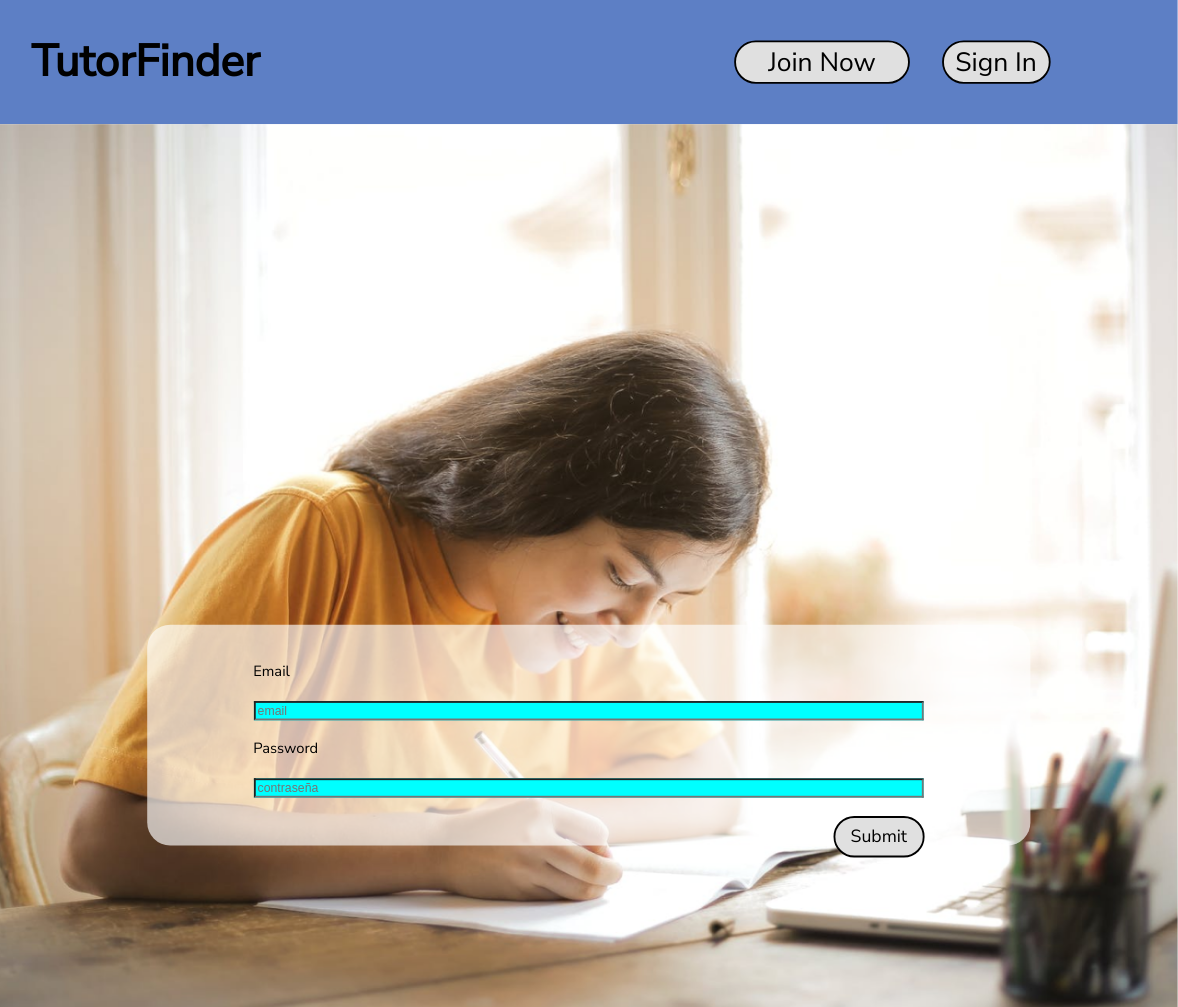
Repository: uprm-inso-4117-2020-2021-s2/semester-project-uprm-inso-4117-2020-2021-s2-team-7
Page: / (app in tutorfinder/)
The author's editor kept a copy of each file at every save. The page is drawn from the files as they stood at one save, then again after the next save.
The browser window is 1280 px wide. The pictures show the whole page, at 92% of full size.
The project was rebuilt for these pictures with package versions that can differ from the ones it lists, and the page was loaded fresh each time. Also part of the build but not shown: tutorfinder/src/App.css, tutorfinder/src/Search.js.

Above is the page before, as saved 2021-03-30 00:26:14.

### tutorfinder/src/App.js
import React from "react";
import './App.css';
import Nav from './Nav.js';
import Welcome from "./Welcome";




function App() {
  return (

      <div className="">

        <Nav />
     <Welcome/>

      </div>

  );
}



export default App;

### tutorfinder/src/Nav.js
import React from "react";
import "./App.css";
import "./Nav.css"

class Nav extends React.Component {

  render(){

  return (
    <div className="">
  <table className="navBar">
      <tr>
          <td className="left"><h1 className="title">TutorFinder</h1></td>

          <td className="middle "><button className="buttons buttonLetters ">Join Now</button></td>
          <td className="right"><button className="buttons buttonLetters">Sign In</button></td>
      </tr>
      </table>

    </div>
  );
}
}

export default Nav;

### tutorfinder/src/Welcome.js
import React from "react";
import "./App.css";
import "./Welcome.css"
import foto from "./assets/bg.png"
import Search from "./Search";
import Login from "./Login";

class Welcome extends React.Component {

  render(){

  return (
    <div className="background">


 {/* <Search/> */}
 <Login/>

    </div>
  );
}
}

export default Welcome;

### tutorfinder/src/Nav.css
@import url("https://fonts.googleapis.com/css2?family=Nunito+Sans&display=swap");

.title {
  font-family: "Nunito Sans", sans-serif;
  font-style: normal;
  font-weight: bold;
  font-size: 48px;
  line-height: 65px;

}

.navBar {
    table-layout: fixed;
  background-color: #5d7fc5;
  width: 100%;
}

.buttons {
  background: #e0e0e0;
  border-radius: 45px;
  outline: none;
  border-style: solid;

}

.buttonLetters {
  font-family: "Nunito Sans", sans-serif;
  font-style: normal;
  font-weight: 300;
  font-size: 1.8em;
  line-height: 41px;
  text-align: center;
  padding-right: 10%;
  padding-left: 10%;

}

.left{
text-align: left;
padding-left: 2.5%;
width: 50%;
}

.right{
    text-align: left;
    padding-right: 10%;
    width: 20%;
}

.middle{
    /* background-color: red; */
    text-align: right;
    padding-right: 2.5%;
}

### tutorfinder/src/Welcome.css

@import url("https://fonts.googleapis.com/css2?family=Nunito+Sans&display=swap");

.background{
background-image: url("./assets/bg.png");
width:100%;
height:60em;
position:relative;
}

.square{
    background: rgba(255, 255, 255, 0.65);
border-radius: 25px;
text-align: center;
}

.everything{
    position:absolute;
    top:50%;
    left:50%;
    width :75%;
    height:25%;
    margin-left:-37.5%;
    margin-top:5%;

}

.search{
    width: 100%;
    background: #FFFFFF;
box-shadow: 0px 4px 4px rgba(0, 0, 0, 0.25);
border-radius: 50px;
height: 1.5em;
}

.paragraph{
    font-family: "Nunito Sans", sans-serif;
font-style: normal;
font-weight: 300;
font-size: 1.5em;
line-height: 49px;
text-align: center;
}

.heading{
    font-family: "Nunito Sans", sans-serif;
font-style: normal;
font-weight: bold;
font-size: 3em;
line-height: 87px;
text-align: center;
}

.login{
    position:absolute;
    top:50%;
    left:50%;
    width :75%;
    height:25%;
    margin-left:-37.5%;
    margin-top:5%;
    text-align: center;
    background: rgba(255, 255, 255, 0.65);
    border-radius: 25px;
}

.size{
    width: 75%;
    background-color: aqua;
}

.fullWidth{
    width: 100%;
}

.text-right{
    text-align: right;
    padding-right: 12%;
}

.text-left{
    text-align: left;
    padding-left: 12%;
    font-family: "Nunito Sans", sans-serif;
    font-size: 1em;
}

.submit{
    font-family: "Nunito Sans", sans-serif;
    font-style: normal;
    font-weight: 300;
    font-size: 1.2em;
line-height: 200%;
    text-align: center;
    padding-right: 2%;
    padding-left: 2%;
}

### tutorfinder/src/Login.js
import React from "react";
import "./App.css";
import "./Welcome.css"
import { Input, FormGroup, Label, Form, Container, Button, Col} from 'reactstrap';

class Login extends React.Component {

  render(){

  return (
    <div className="login">
<div className="fullWidth">
<br>
      </br>

<Container className="">

<Form className=""  >
  <br>
  </br>
          <Col className="">
            <FormGroup inline>
<div className="text-left">
              <Label >Email</Label>
              </div>
              <br></br>
              <Input
                type="email"
                name="email"

                id="exampleEmail"
                placeholder="email"
           className="size"
              />
            </FormGroup>
          </Col>
          <br></br>
          <Col className="">
            <FormGroup >
            <div className="text-left">
              <Label for="">Password</Label>
              </div>
              <br></br>
              <Input
                type="password"
                name="password"

                id="examplePassword"
                placeholder="contraseña"
                className="size"
              />
            </FormGroup>
          </Col>
          <div className="text-right">
<br></br>

          <Button  color="danger" type="submit" className="buttons submit"  >Submit</Button>
          </div>
        </Form>
<br>
</br>
      </Container>



      </div>

    </div>

  );
}
}

export default Login;

Loaded but not shown: tutorfinder/public/index.html (common file); tutorfinder/src/index.js (common file); tutorfinder/src/index.css (common file); tutorfinder/src/reportWebVitals.js (common file)

After the next save:
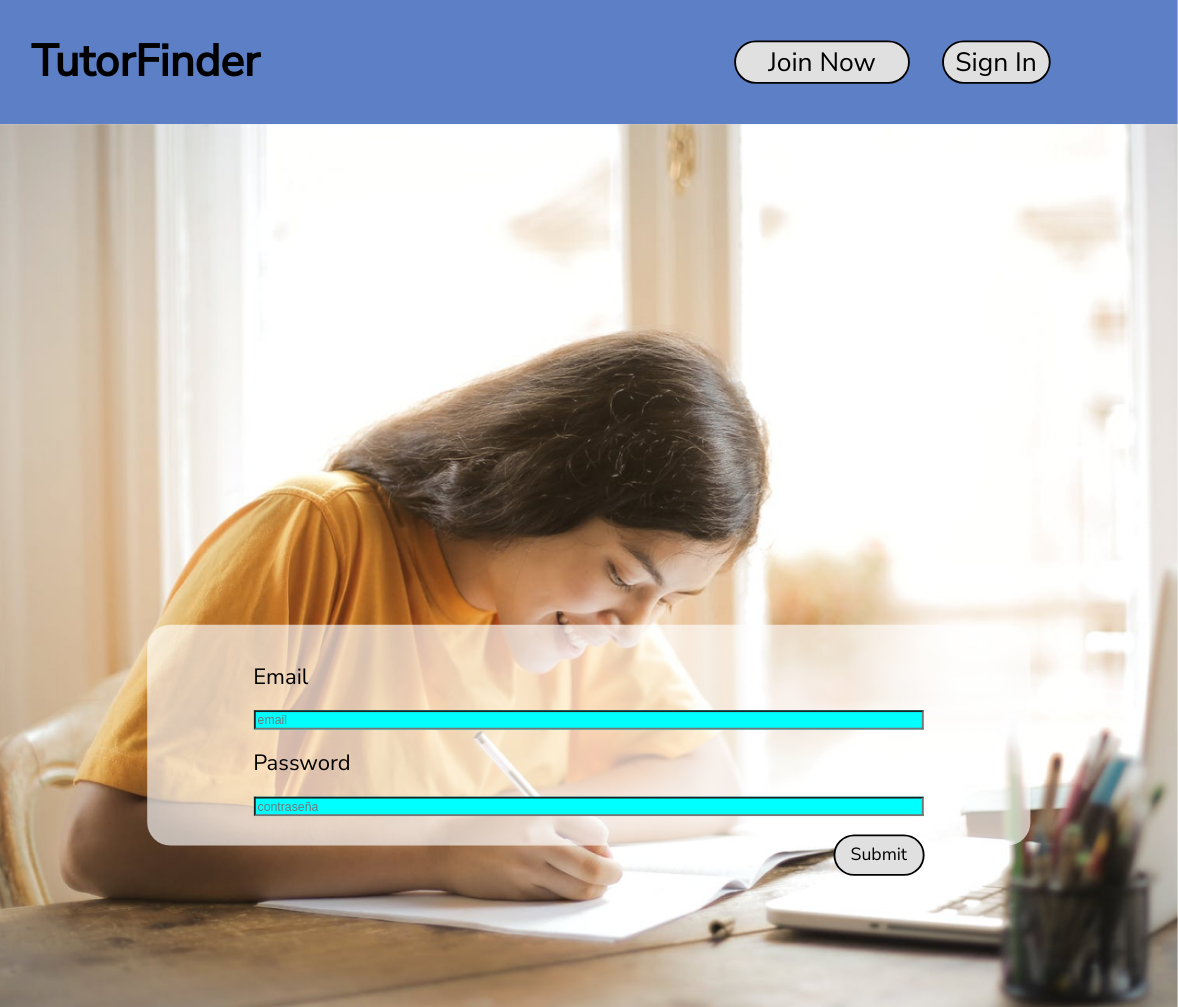
Saved 9 s later.
--- a/tutorfinder/src/Welcome.css
+++ b/tutorfinder/src/Welcome.css
@@ -82,7 +82,7 @@ text-align: center;
     text-align: left;
     padding-left: 12%;
     font-family: "Nunito Sans", sans-serif;
-    font-size: 1em;
+    font-size: 1.5em;
 }
 
 .submit{
